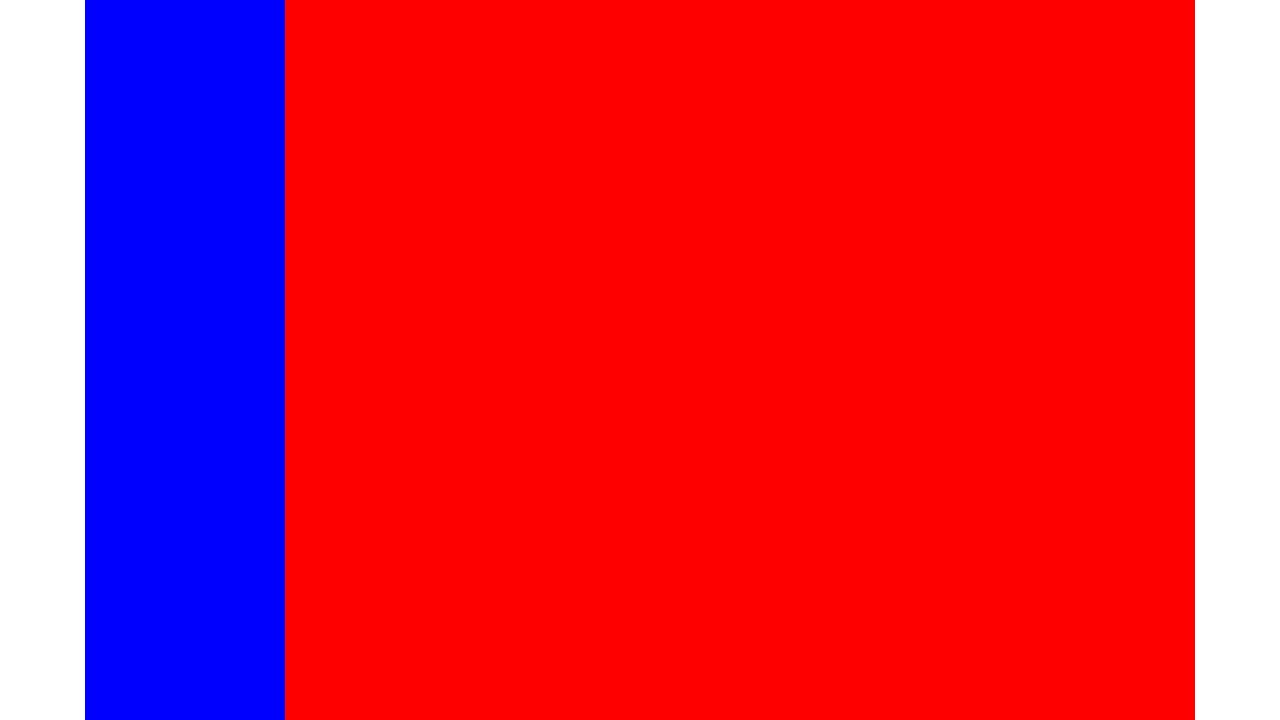
Repository: tts2610/GoogleNews
Page: index.html
An editor plug-in stored every save of this project. The page is shown before and after the next save, followed by the edit.
The browser window is 1280 px wide. The pictures show the whole page.
The page's requests for data from a server got no answer.

Above is the page before, as saved 2020-05-20 13:26:21.

After the next save:
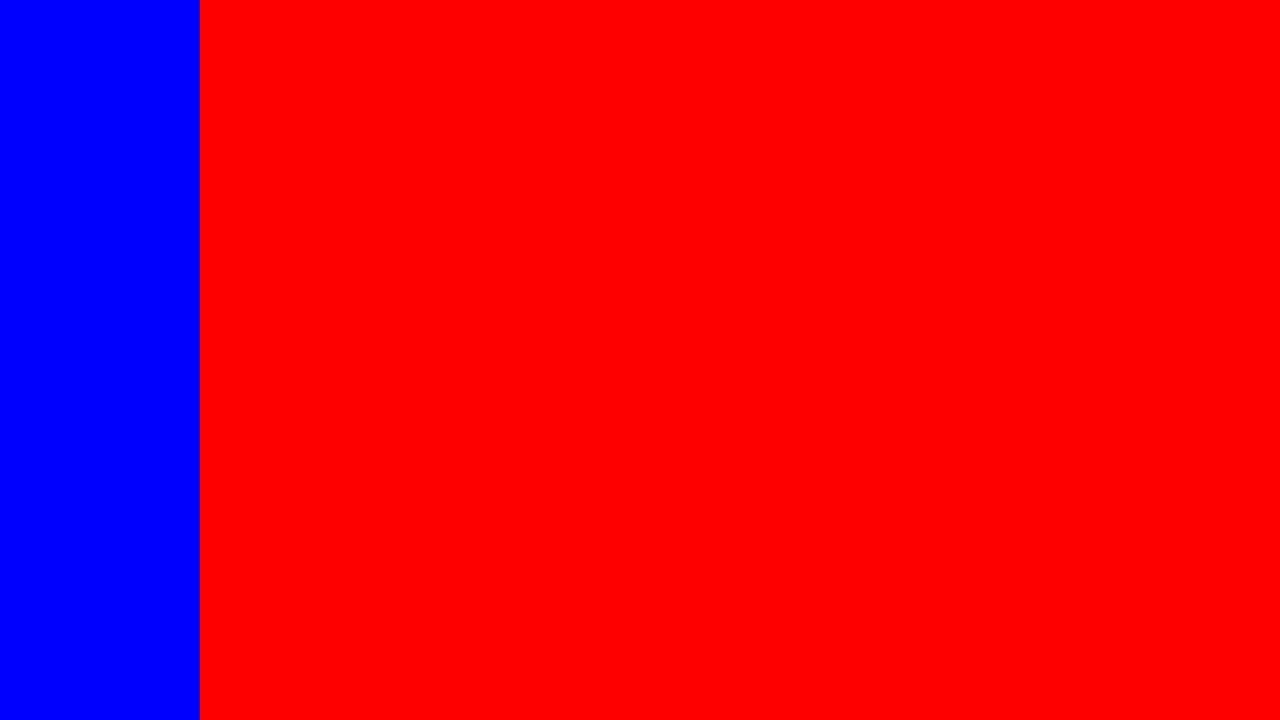
Saved 3 min 12 s later.
--- a/index.html
+++ b/index.html
@@ -19,7 +19,7 @@
 </head>
 
 <body>
-    <div class="container">
+    <div class="myContainer">
         <div class="sidenav"></div>
         <div class="content"></div>
     </div>
